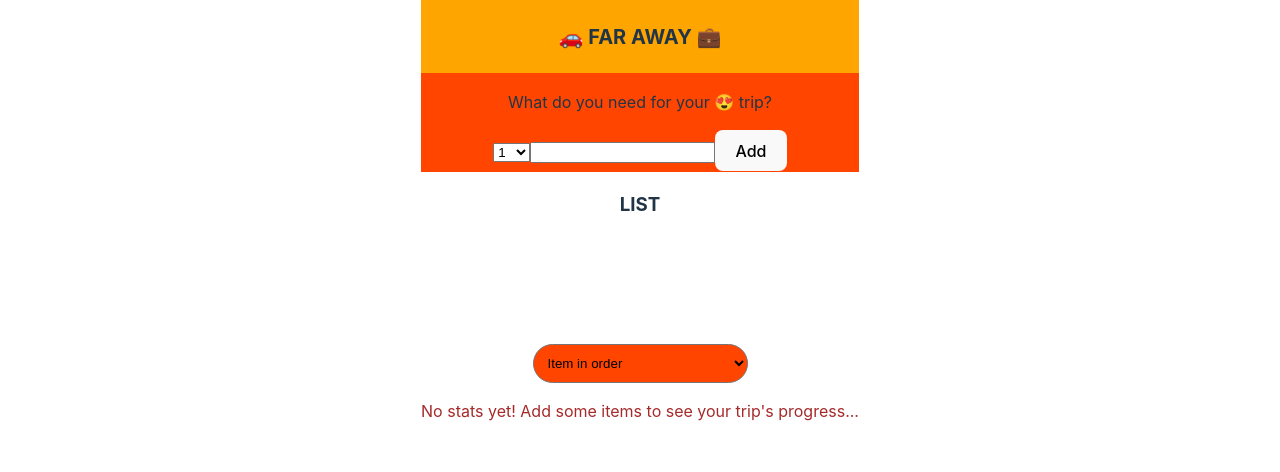
Repository: Celebration-cloud/Trip-Add-To-List
Page: /
An editor plug-in stored every save of this project. The page is shown before and after a run of saves, followed by the edit.
The browser window is 1280 px wide. The pictures show the whole page.
The project was rebuilt for these pictures with package versions that can differ from the ones it lists, and the page was loaded fresh each time. Also part of the build but not shown: vite.config.js.

Above is the page before, as saved 2023-10-29 17:28:25.

After the next 3 saves:
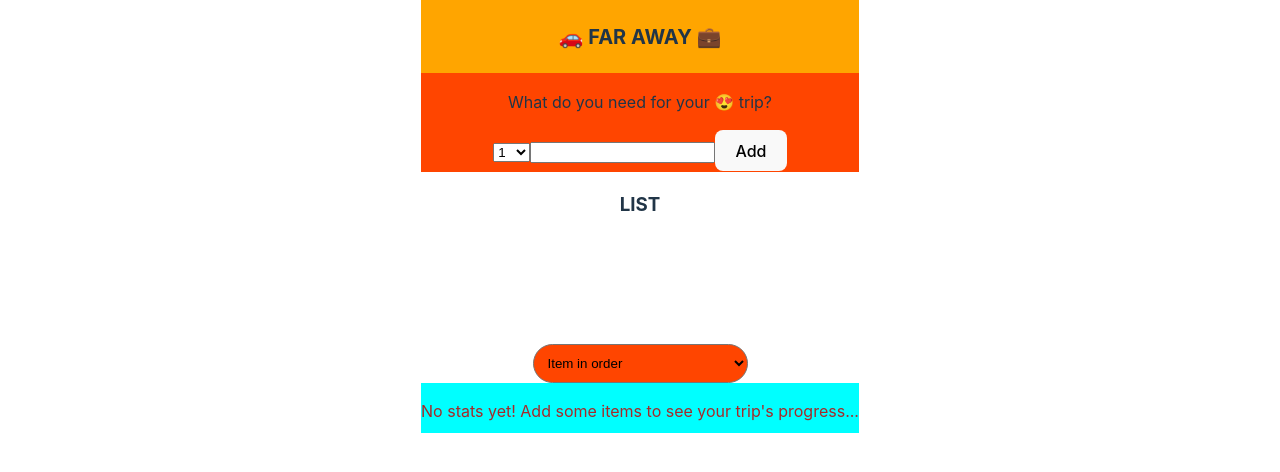
The 3 saves are shown as one change because they came seconds apart.
The last was saved 7 s later.
--- a/src/Trip-List/TripList.css
+++ b/src/Trip-List/TripList.css
@@ -4,7 +4,7 @@
             height: "30px",
             width: "100%", */
 .static{
-    place
+    place-content: end;
     background-color: aqua;
     color: brown;
     height: 50px;
